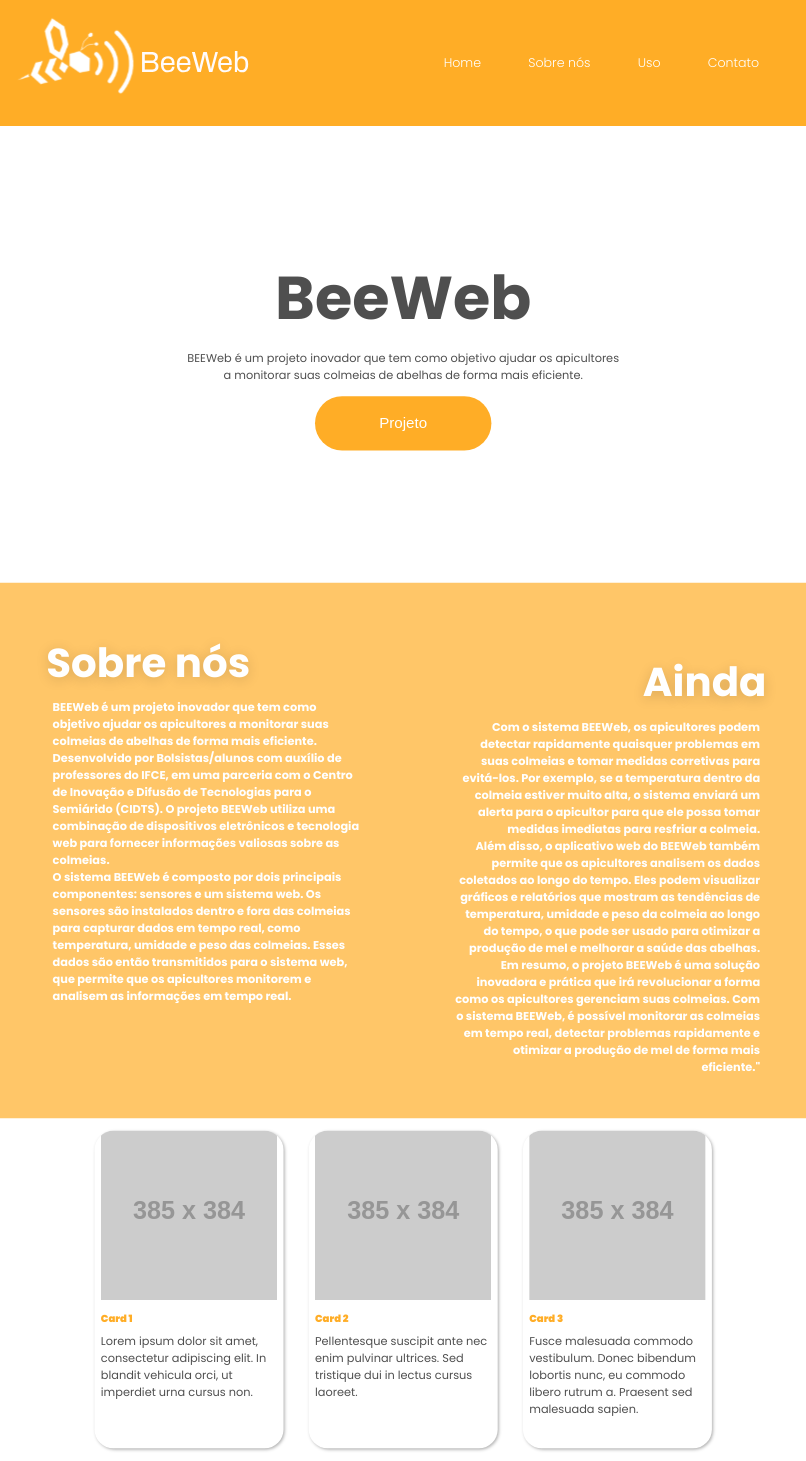
Repository: CCG-web/beeweb
Page: /
These files come from the project's save history. The page is drawn as it stood at one moment and after the next save; the edit follows.
The browser window is 1280 px wide. The pictures show the whole page, at 63% of full size.
The project was rebuilt for these pictures with package versions that can differ from the ones it lists, and the page was loaded fresh each time.

Above is the page before, as saved 2023-05-04 14:03:17.

### public/index.html
<!DOCTYPE html>
<html lang="en">
  <head>
    <meta charset="utf-8" />
    <link rel="icon" href="%PUBLIC_URL%/favicon.ico" />
    <meta name="viewport" content="width=device-width, initial-scale=1" />
    <meta name="theme-color" content="#000000" />
    <meta
      name="description"
      content="Web site created using create-react-app"
    />
    <link rel="preconnect" href="https://fonts.googleapis.com">
<link rel="preconnect" href="https://fonts.gstatic.com" crossorigin>
<link href="https://fonts.googleapis.com/css2?family=Poppins:ital,wght@0,100;0,200;0,300;0,400;0,500;0,600;0,700;0,800;0,900;1,100;1,200;1,300;1,400;1,500;1,600;1,700;1,800;1,900&display=swap" rel="stylesheet">
    <link rel="apple-touch-icon" href="%PUBLIC_URL%/logo192.png" />
    <!--
      manifest.json provides metadata used when your web app is installed on a
      user's mobile device or desktop. See https://developers.google.com/web/fundamentals/web-app-manifest/
    -->
    <link rel="manifest" href="%PUBLIC_URL%/manifest.json" />
    <!--
      Notice the use of %PUBLIC_URL% in the tags above.
      It will be replaced with the URL of the `public` folder during the build.
      Only files inside the `public` folder can be referenced from the HTML.

      Unlike "/favicon.ico" or "favicon.ico", "%PUBLIC_URL%/favicon.ico" will
      work correctly both with client-side routing and a non-root public URL.
      Learn how to configure a non-root public URL by running `npm run build`.
    -->
    <title>BeeWeb</title>
  </head>
  <body>
    <noscript>You need to enable JavaScript to run this app.</noscript>
    <div id="root"></div>
    <!--
      This HTML file is a template.
      If you open it directly in the browser, you will see an empty page.

      You can add webfonts, meta tags, or analytics to this file.
      The build step will place the bundled scripts into the <body> tag.

      To begin the development, run `npm start` or `yarn start`.
      To create a production bundle, use `npm run build` or `yarn build`.
    -->
  </body>
</html>

### src/index.css
*{
   margin: 0;
   padding: 0;
   box-sizing: border-box;
}

### src/App.js
import Navbar from "./components/Navbar";
import Home from "./components/Home.jsx"
import Sobre from "./components/Sobre";
import Cards from "./components/Cards";
import './App.css'
function App() {
  return (
    <div>
      <Navbar/>
    <Home/>
    <Sobre/>




    <div className='cardContainer'>




    <Cards
        image="https://via.placeholder.com/385x384.png?text=Image+1"
        alt="Image 1"
        title="Card 1"
        description="Lorem ipsum dolor sit amet, consectetur adipiscing elit. In blandit vehicula orci, ut imperdiet urna cursus non."
        />
      <Cards
        image="https://via.placeholder.com/385x384.png?text=Image+2"
        alt="Image 2"
        title="Card 2"
        description="Pellentesque suscipit ante nec enim pulvinar ultrices. Sed tristique dui in lectus cursus laoreet. "
        />
      <Cards
        image="https://via.placeholder.com/385x384.png?text=Image+3"
        alt="Image 3"
        title="Card 3"
        description="Fusce malesuada commodo vestibulum. Donec bibendum lobortis nunc, eu commodo libero rutrum a. Praesent sed malesuada sapien."
        />
  </div>

       </div>





  );
}

export default App;

### src/components/Navbar.jsx

import React, { useState, useEffect } from 'react'
import logoBee from "../assets/logoBEE.svg"
import { Divide as Hamburger } from 'hamburger-react'
import './Navbar.css'
const Navbar = () => {
  const [toggleMenu, setToggleMenu] = useState(false)
  const [screenWidth, setScreenWidth] = useState(window.innerWidth)

  const toggleNav = () => {

    setToggleMenu(!toggleMenu)
  }
  useEffect(() => {

    const changeWidth = () => {
      setScreenWidth(window.innerWidth);
    }

    window.addEventListener('resize', changeWidth)
    return () => {
      window.removeEventListener('resize', changeWidth)
    }
  }, [])

  return (



    <nav>

      {(toggleMenu || screenWidth > 1000) && (
        <ul className="list">


          <li className="items">Home</li>
          <li className="items">Sobre nós</li>
          <li className="items">Uso</li>
          <li className="items">Contato</li>

        </ul>
      )

      }


       <img src={logoBee} alt="" />

      <button onClick={toggleNav} className='btn'><Hamburger/></button>
    </nav>

  )
}

export default Navbar

### src/components/Home.jsx


import './Home.css'
const Home = () => {
    return (
        <section className='containerHome'>
            <div >

                <h1>BeeWeb</h1>

                <p>BEEWeb é um projeto inovador que tem como objetivo ajudar os apicultores <br/> a monitorar
                    suas colmeias de abelhas de forma mais eficiente.  </p>

                <button className='btnProjeto'>Projeto</button>
            </div>
        </section>
    )
}

export default Home

### src/components/Sobre.jsx
import React from 'react'

import './Sobre.css'

const Sobre = () => {
    return (
        <section className='ContainerSobre'  >
            <div className='itens'>

                <div className='texto first'>

                <h1>Sobre nós</h1>

                    <p>BEEWeb é um projeto inovador que tem como objetivo ajudar os apicultores a monitorar suas colmeias de abelhas de forma mais eficiente. Desenvolvido por Bolsistas/alunos com auxílio de professores do IFCE, em uma parceria com o Centro de Inovação e Difusão de Tecnologias para o Semiárido (CIDTS). O projeto BEEWeb utiliza uma combinação de dispositivos eletrônicos e tecnologia web para fornecer informações valiosas sobre as colmeias. <br />

                        O sistema BEEWeb é composto por dois principais componentes: sensores e um sistema web. Os sensores são instalados dentro e fora das colmeias para capturar dados em tempo real, como temperatura, umidade e peso das colmeias. Esses dados são então transmitidos para o sistema web, que permite que os apicultores monitorem e analisem as informações em tempo real.
                    </p>
                </div>

            </div>
            <div className='itens two' >
                <div className='texto secord' >
                <h1>Ainda</h1>

                    <p>Com o sistema BEEWeb, os apicultores podem detectar rapidamente quaisquer problemas em suas colmeias e tomar medidas corretivas para evitá-los. Por exemplo, se a temperatura dentro da colmeia estiver muito alta, o sistema enviará um alerta para o apicultor para que ele possa tomar medidas imediatas para resfriar a colmeia. <br />

                        Além disso, o aplicativo web do BEEWeb também permite que os apicultores analisem os dados coletados ao longo do tempo. Eles podem visualizar gráficos e relatórios que mostram as tendências de temperatura, umidade e peso da colmeia ao longo do tempo, o que pode ser usado para otimizar a produção de mel e melhorar a saúde das abelhas.

                        Em resumo, o projeto BEEWeb é uma solução inovadora e prática que irá revolucionar a forma como os apicultores gerenciam suas colmeias. Com o sistema BEEWeb, é possível monitorar as colmeias em tempo real, detectar problemas rapidamente e otimizar a produção de mel de forma mais eficiente."
                    </p>
                </div>
            </div>
        </section>
    )
}

export default Sobre

### src/components/Cards.jsx
import React from 'react'
import './Cards.css'
function Cards(props) {
    return (



   <div className="card">
        <img src={props.image} alt={props.alt} />
        <div className="card-content">
          <h3>{props.title}</h3>
          <p>{props.description}</p>
        </div>
      </div>






    );
  }

export default Cards

### src/App.css
.cardContainer {
    display: flex;
    justify-content: center;

}

/* @media screen and (max-width: 500px) {
    .cardContainer {
        display: block;
        justify-content: center;
        margin-left: auto;
        padding: auto;
    }

    .card {
        width: 100%;

    }
    img{
        width: 50px;
    }
} */

### src/components/Navbar.css
nav {
    font-family: 'Poppins', sans-serif;
    font-size: 20px;
    font-weight: 300;

    position: relative;
    top: 0;
    width: 100%;
    height: 200px;
    background-color: #ffad26;
    color: white;
}


img{
    position: absolute;
    left: 10px;
    top: -10px;
    width: 386px;
    height: 233px;

}
.list {
    list-style-type: none;
    background: #ffad26;
    height: 100%;
    display: flex;
    justify-content:flex-end;
    align-items: center;
    position: relative;
}

.items {
    margin-right: 75px;
    font-size: 20px;
    color: white;
    cursor: pointer;
    transition: color 0.3s ease, transform 0.3s ease;
  }

  .items:hover {
    color: black;
    transform: translateX(-5px) rotate(-5deg);
  }

.items {
    margin-right: 75px;
    font-size: 20px;

    color: white;
    cursor: pointer;
}

.btn {
    border: none;
    display: none;
    position: absolute;
    background-color:#ffad26;
    right: 10px;
    top: 20px;
    padding: 5px;
    color: white;
    font-size: 20px;
}

@media screen and (max-width: 1000px) {
    .list {
        flex-direction: column;
        height: auto;
    }
    img{
        position: absolute;
        left: 10px;
        top:0px;
        width: 155.6px;
        height: 93.2px;

    }
    nav{
        height: 100px;
    }
    .items:nth-child(1) {

        margin-top: 100px;
    }

    .items {
        border-top: 1px solid rgb(255, 249, 249);
        width: 100%;
        text-align: center;
        margin-right: 0px;
        padding: 20px 0;
    }

    .btn {
        display: block;
    }
}

### src/components/Home.css
section {
    width: 100%;
    margin-top: 200px;
    display: flex;
    justify-content: center;
    text-align: center;
}

h1 {
    font-family: 'Poppins', sans-serif;
    font-size: 96px;
    font-style: mixed;
    color: #4F4F4F;
}

p {
    font-family: 'Poppins', sans-serif;
    font-style: normal;
    font-size: 18px;
    color: #4F4F4F;
}

.btnProjeto {
    cursor: pointer;
    margin: 10px;
    font-size: 24px;
    background-color: #FFAD26;
    width: 280px;
    height: 86px;
    color: #FFFF;
    border: none;
    border-radius: 71px;
    transition: transform 0.4s ease-in-out, background-color 0.4s ease-in-out;
  }

  .btnProjeto:hover {
    background-color: #E76F00;
    transform: scale(1.05);
  }

  .btnProjeto:active {
    background-color: #FFC940;
    transform: scale(0.95);
  }



@media screen and (max-width: 1000px) {

    section {
        margin-top: 300px;
    }

    h1 {
        font-size: 48px;
    }



    .btnProjeto {
        width: 140px;
        height: 43px;
        font-size: 12px;
    }
}


@media screen and (max-width: 400px) {
    h1 {
        font-size: 30px;
    }
    p {
        font-size: 8px;
    }

    .btnProjeto {
        width: 70px;
        height: 21.5px;
    }

}

### src/components/Sobre.css
.ContainerSobre {
    justify-content: center;
    width: 100%;
    height: 850px;
    background-color: #FFC668;
    padding-left: 10px;


}

.itens>p {
    display: flex;
    text-align: right;
}

.texto>h1 {
    text-shadow: 0px 4px 20px rgba(0, 0, 0, 0.15);
    margin-top: 15px;
    color: white;
    font-size: 64px;
}

.texto {
    font-style: normal;
    font-weight: 700;
    margin: 5%;
    padding: 5%;
}

.first {
    text-align: left;
}

.secord {
    margin-top: 10%;
    text-align: right;


}


.texto>p {

    font-size: 18px;
    font-weight: bold;
    color: white;



}

.itens {
    width: 50%;
}

.ContainerSobre {
    background-size: auto;

}


@media screen and (max-width: 1000px) {
    .itens {
        width: 100%;
    }

    .ContainerSobre {
        background: none;
        background-color: #FFC668;
        display: flex;
        flex-direction: column;
        height: 100%;

    }

    .texto>h1 {
        text-align: center;
        font-size: 32px;
        margin: 10px;
    }

    .texto {
        text-align: justify;
        margin-top: 10px;
        padding: 20px;

        height: 100%
    }

    .texto>p {
        font-size: 15px;
    }
}

### src/components/Cards.css
.card {

  width: 300px;
  height: 504px;
  margin: 20px;
  border-radius: 30px;
  box-shadow: 2px 2px 5px rgba(0, 0, 0, 0.3);
  display: inline-block;
  vertical-align: top;
  overflow: hidden;
  position: relative;
  transition: transform 0.3s ease-in-out;
  color: #FFAD26;

}

.card img {
  width: calc(100% - 20px);
  height: auto;
}

.card:hover {
  transform: scale(1.05);
  z-index: 1;
  box-shadow: 2px 2px 10px rgba(0, 0, 0, 0.5);
}

h3 {
  margin: 10px;
  font-family: 'Poppins', sans-serif;
  font-style: normal;
  font-weight: 900;
  font-size: 16px;
  margin-top: 95%;
  color: #FFAD26;
}
p{
  margin: 10px;
}
.card:hover:after {
  content: "";
  display: block;
  position: absolute;
  top: 0;
  left: 0;
  width: 100%;
  height: 100%;
  z-index: -1;
}

/* @media (max-width: 1100px) {

  .card {
    width: 240px;
    height: 403.2px;
  }

}

@media (max-width: 850px) {

  .card {
    width: 192px;
    height: 322.56px;
  }

}


@media (max-width: 700px) {

  .card {
    width: 153.6px;
    height: 258.048px;
  }

} */




/*
  .card {
    display: block;
    margin: 20px auto;
  } */

Loaded but not shown: src/index.js (common file)

After the next save:
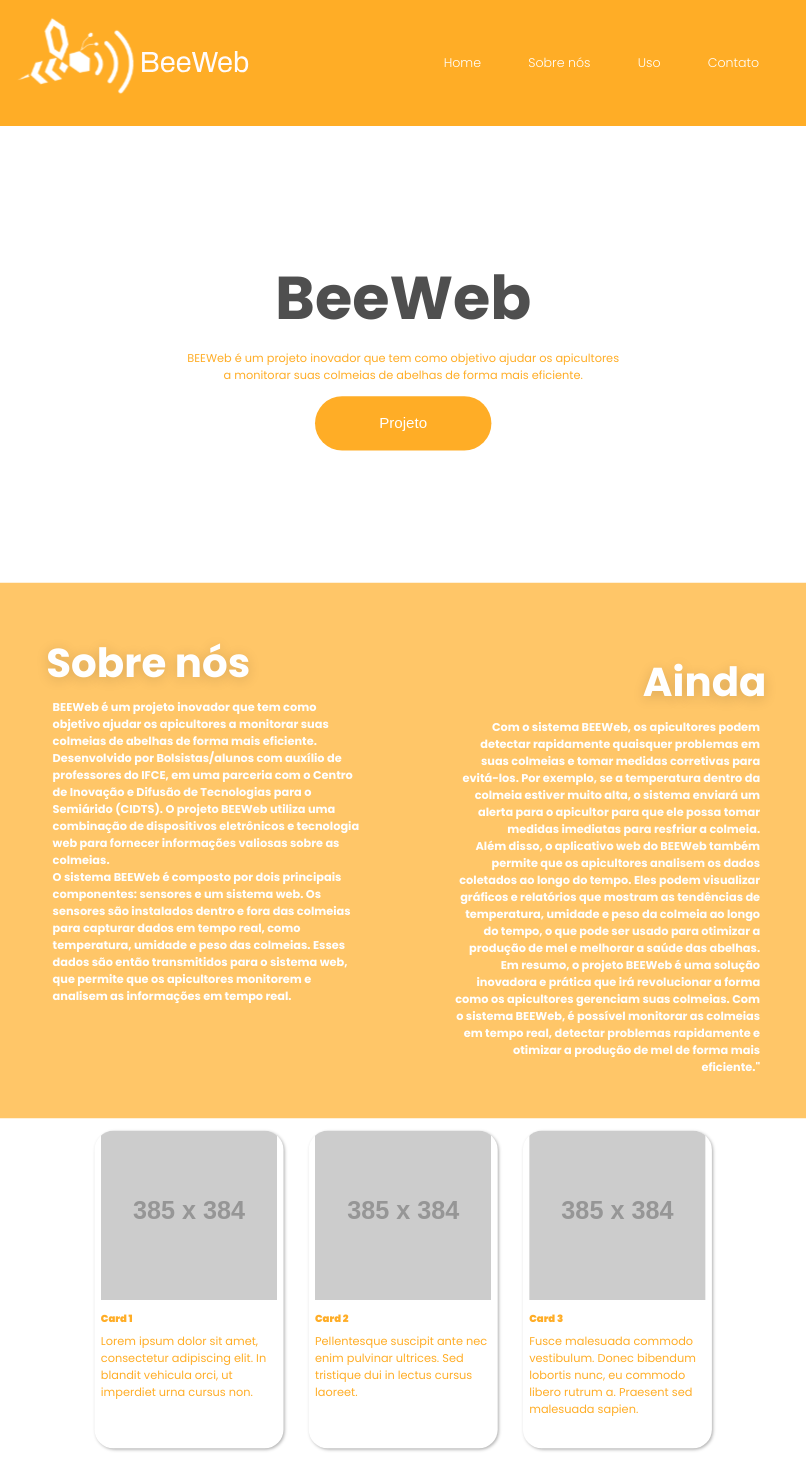
Saved 17 s later.
--- a/src/components/Cards.css
+++ b/src/components/Cards.css
@@ -10,7 +10,7 @@
   overflow: hidden;
   position: relative;
   transition: transform 0.3s ease-in-out;
-  color: #FFAD26;
+
 
 }
 
@@ -36,6 +36,7 @@
 }
 p{
   margin: 10px;
+  color: #FFAD26;
 }
 .card:hover:after {
   content: "";
